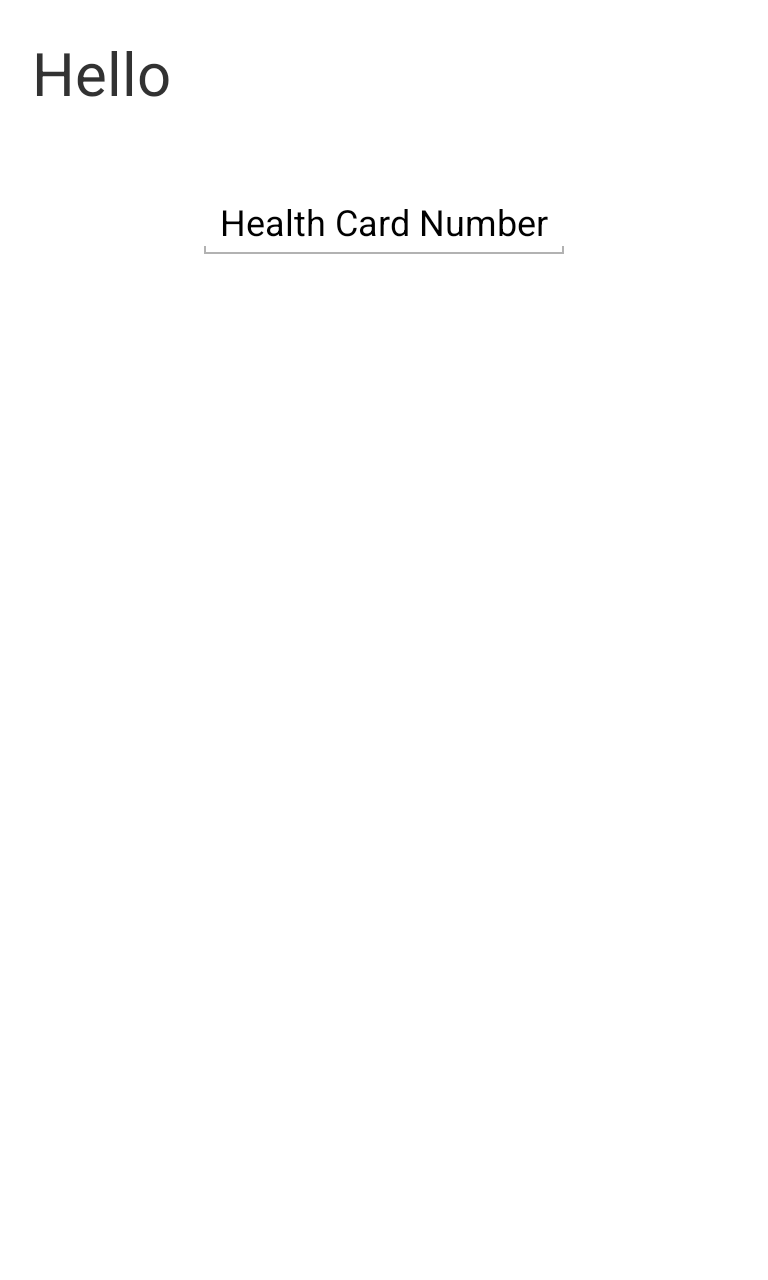
Repository: wangyuan0915/ER
Layout: workspace2/phase3/res/layout/activity_view_patient_record.xml
These files come from the project's save history. The layout is drawn as it stood at one moment and after the next save; the edit follows.
It is drawn on a 768 x 1280 px phone screen (xhdpi) without system bars, with theme AppTheme; the app's code is not run.

Above is the layout before, as saved 2013-11-24 20:49:27.

### workspace2/phase3/res/layout/activity_view_patient_record.xml
<RelativeLayout xmlns:android="http://schemas.android.com/apk/res/android"
    xmlns:tools="http://schemas.android.com/tools"
    android:layout_width="match_parent"
    android:layout_height="match_parent"
    android:paddingBottom="@dimen/activity_vertical_margin"
    android:paddingLeft="@dimen/activity_horizontal_margin"
    android:paddingRight="@dimen/activity_horizontal_margin"
    android:paddingTop="@dimen/activity_vertical_margin"
    tools:context=".ViewPatientRecord" >

    <TextView
        android:id="@+id/textView2"
        android:layout_width="wrap_content"
        android:layout_height="wrap_content"
        android:text="@string/Hello"
        android:textSize="30sp" />

    <EditText
        android:id="@+id/card#"
        android:layout_width="wrap_content"
        android:layout_height="wrap_content"
        android:layout_below="@+id/textView2"
        android:layout_centerHorizontal="true"
        android:layout_marginTop="35dp"
        android:text="@string/Health_Card_Number"
        android:textAppearance="?android:attr/textAppearanceMedium" />

</RelativeLayout>

### workspace2/phase3/res/values/strings.xml
<?xml version="1.0" encoding="utf-8"?>
<resources>

    <string name="app_name">phase3</string>
    <string name="action_settings">Settings</string>
    <string name="hello_world">Hello world!</string>
    <string name="Login">Login</string>
    <string name="username">username</string>
    <string name="password">password</string>
    <string name="Nurse">Nurse</string>
    <string name="Physician">Physician</string>
    <string name="login">login</string>
    <string name="title_activity_choice">ChoiceActivity</string>
    <string name="title_activity_physician__choice">Physician_ChoiceActivity</string>
    <string name="Hello">Hello</string>
    <string name="Add_a_new_patient">Add a new patient</string>
    <string name="Add_VitalSign">Add VitalSign</string>
    <string name="title_activity_new_patient">NewPatientActivity</string>
    <string name="title_activity_add_vital_sign">AddVitalSignActivity</string>
    <string name="New_Patient">New Patient</string>
    <string name="patient_name">patient\'s name</string>
    <string name="Health_Card_Number">Health Card Number</string>
    <string name="Birthday">Birthday</string>
    <string name="Year">Year</string>
    <string name="Month">Month</string>
    <string name="Day">Day</string>
    <string name="Date">Date</string>
    <string name="Time">Time</string>
    <string name="Hour">Hour</string>
    <string name="Minute">Minute</string>
    <string name="Submit">Submit</string>
    <string name="VitalSign">VitalSign</string>
    <string name="Temperature">Temperature</string>
    <string name="Systolic">Systolic</string>
    <string name="Diastolic">Diastolic</string>
    <string name="Heartrate">Heartrate</string>
    <string name="View_Patient_Record">View Patient\'s Record</string>
    <string name="Add_Prescription">Add Prescription</string>
    <string name="title_activity_view_patient_record">ViewPatientRecord</string>
    <string name="title_activity_add_prescription">AddPrescription</string>
    <string name="Medication">Medication</string>
    <string name="Instruction">Instruction</string>

</resources>

Loaded but not shown: workspace2/phase3/res/values/styles.xml (common file); workspace2/phase3/res/values-v11/styles.xml (common file); workspace2/phase3/res/values-v14/styles.xml (common file); workspace2/phase3/res/values/dimens.xml (common file)

After the next save:
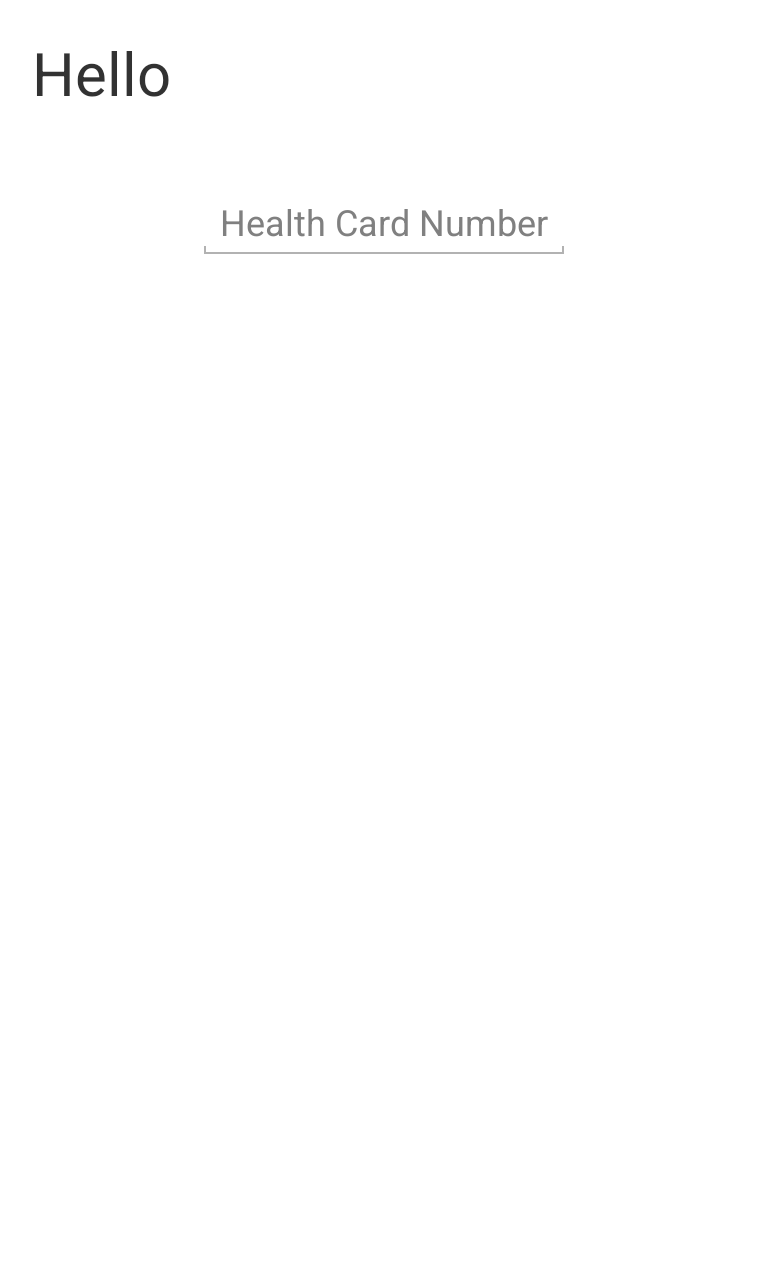
Saved 12 s later.
--- a/workspace2/phase3/res/layout/activity_view_patient_record.xml
+++ b/workspace2/phase3/res/layout/activity_view_patient_record.xml
@@ -22,7 +22,7 @@
         android:layout_below="@+id/textView2"
         android:layout_centerHorizontal="true"
         android:layout_marginTop="35dp"
-        android:text="@string/Health_Card_Number"
+        android:hint="@string/Health_Card_Number"
         android:textAppearance="?android:attr/textAppearanceMedium" />
 
 </RelativeLayout>
